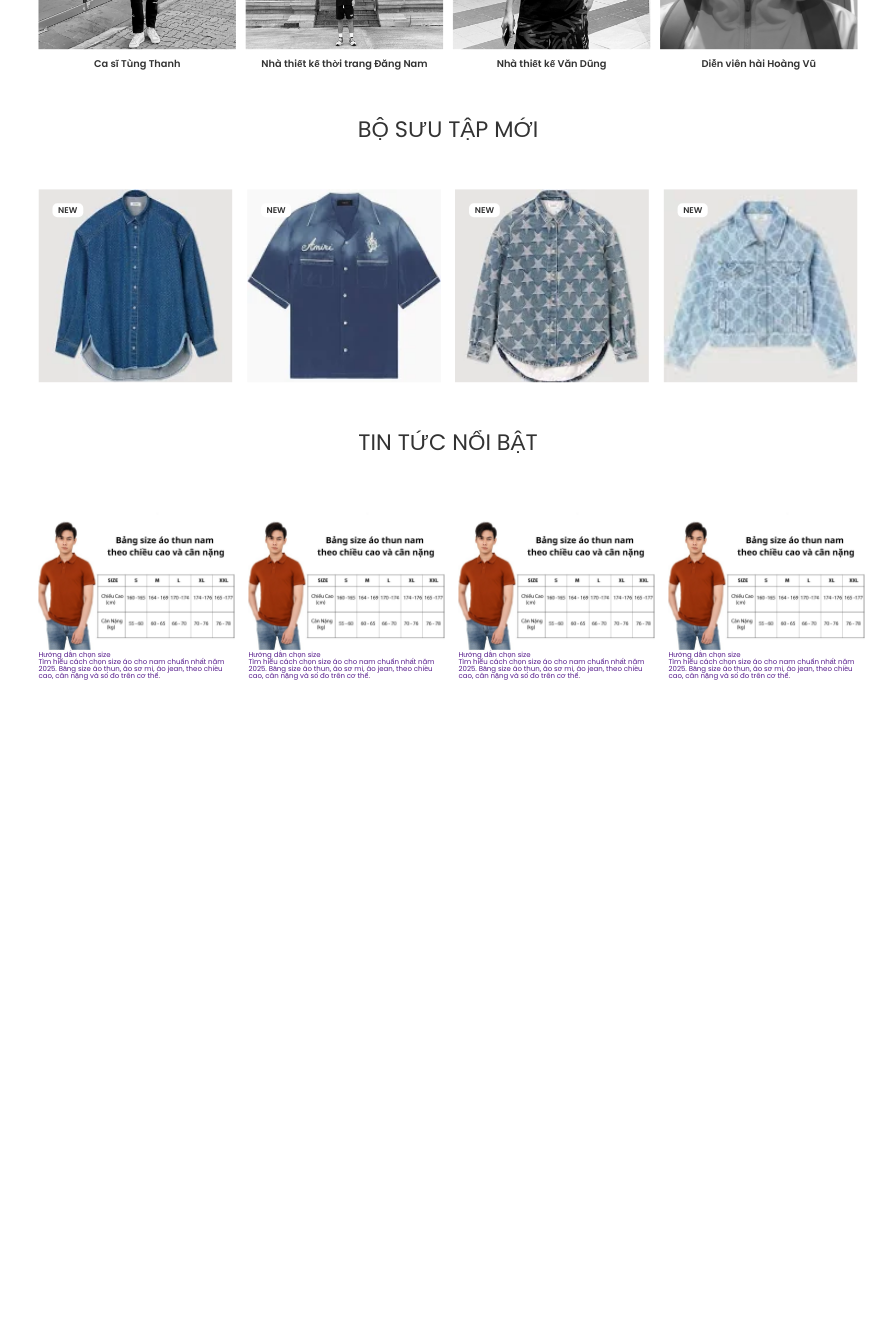
Repository: hoang28092000/kinsmanClothes
Page: index.html
These files come from the project's save history. The page is drawn as it stood at one moment and after the next save; the edit follows.
The browser window is 1280 px wide. The pictures show the part of the page from y = 1845 to 3765 px (the page is 5080 px tall), at 70% of full size.

Above is the page before, as saved 2025-05-07 11:40:27.

### index.html
<!DOCTYPE html>
<html lang="en">
  <head>
    <meta charset="UTF-8" />
    <meta name="viewport" content="width=device-width, initial-scale=1.0" />
    <link rel="preconnect" href="https://fonts.googleapis.com" />
    <link rel="preconnect" href="https://fonts.gstatic.com" crossorigin />
    <link
      href="https://fonts.googleapis.com/css2?family=Poppins:ital,wght@0,100;0,200;0,300;0,400;0,500;0,600;0,700;0,800;0,900;1,100;1,200;1,300;1,400;1,500;1,600;1,700;1,800;1,900&display=swap"
      rel="stylesheet"
    />
    <link
      rel="stylesheet"
      href="https://cdnjs.cloudflare.com/ajax/libs/font-awesome/6.7.2/css/all.min.css"
      integrity="sha512-Evv84Mr4kqVGRNSgIGL/F/aIDqQb7xQ2vcrdIwxfjThSH8CSR7PBEakCr51Ck+w+/U6swU2Im1vVX0SVk9ABhg=="
      crossorigin="anonymous"
      referrerpolicy="no-referrer"
    />
    <link rel="stylesheet" href="./css/reset.css" />
    <link rel="stylesheet" href="./css/main.css" />

    <title>KinsManClothes</title>
  </head>
  <body style="height: 5000px">
    <header class="header">
      <div class="container">
        <div class="content-header">
          <div class="logo">
            <a href="./index.html">
              <img
                src="./asset/logo/logo-kinsmann.svg"
                alt="KinsManClothes Logo"
              />
            </a>
          </div>
          <nav class="nav">
            <ul>
              <li><a href="./index.html">Sản Phẩm</a></li>
              <li><a href="./about.html">Giới thiệu</a></li>
              <li><a href="./shop.html">Chính Sách</a></li>
              <li><a href="./shop.html">Tin tức</a></li>
              <li><a href="./contact.html">Liên hệ</a></li>
            </ul>
          </nav>
          <div class="search-box">
            <input type="text" placeholder="Tìm kiếm sản phẩm..." />
            <button type="submit">Tìm kiếm</button>
          </div>
        </div>
      </div>
    </header>

    <main>
      <div class="content-main">
        <div class="slider" id="slider">
          <img
            src="./asset/banner/banner-1.png"
            alt="banner"
            class="slide active"
          />
          <img src="./asset/banner/banner-2.png" alt="banner" class="slide" />
          <img src="./asset/banner/banner-3.png" alt="banner" class="slide" />
          <a href="#category-list"><i class="fa-solid fa-arrow-down arrow-continue"></i></a>
        </div>
      </div>
      <div class="container">
        <section class="category-list" id="category-list">
          <div class="card-wrapper">
            <img
              src="./asset/image/model-6.jpg"
              alt=""
              class="img-category-1"
            />
            <div class="overlay">
              <h3>Jeans</h3>
              <a href="">Xem thêm</a>
            </div>
          </div>
          <div class="card-wrapper-2">
            <img src="./asset/image/model-2.webp" alt="" />
            <div class="overlay">
              <h3>Sơ mi</h3>
              <a href="">Xem thêm</a>
            </div>
          </div>
          <div class="card-wrapper-2">
            <img src="./asset/image/mode-10.jpg" alt="" />
            <div class="overlay">
              <h3>Áo thun</h3>
              <a href="">Xem thêm</a>
            </div>
          </div>
          <div class="card-wrapper-3">
            <img src="./asset/image/model-9.jpg" alt="" />
            <div class="overlay">
              <h3>Thắt lưng</h3>
              <a href="">Xem thêm</a>
            </div>
          </div>
        </section>
        <section class="celebrity">
          <h2 class="title-heading">NGƯỜI NỔI TIẾNG</h2>
          <div class="celebrity-list">
            <a href="">
              <div class="celebrity-item">
                <img src="./asset/image/celep-1.jpg" alt="" />
                <h3>Ca sĩ Tùng Thanh</h3>
              </div>
            </a>
            <a href=""
              ><div class="celebrity-item">
                <img src="./asset/image/celep-5.jpg" alt="" />
                <h3>Nhà thiết kế thời trang Đăng Nam</h3>
              </div></a
            >
            <a href=""
              ><div class="celebrity-item">
                <img src="./asset/image/celep-3.jpg" alt="" />
                <h3>Nhà thiết kế Văn Dũng</h3>
              </div></a
            >
            <a href=""
              ><div class="celebrity-item">
                <img src="./asset/image/celep-7.jpg" alt="" />
                <h3>Diễn viên hài Hoàng Vũ</h3>
              </div></a
            >
          </div>
        </section>
        <section class="collection">
          <h2 class="title-heading">BỘ SƯU TẬP MỚI</h2>
          <div class="list-collection">
            <a href="">
                <div class="item-collection">
                    <img src="./asset/image/j-4.webp" alt="this is collection">
                    <p>NEW</p>
                </div>
            </a>
            <a href="">
                <div class="item-collection">
                    <img src="./asset/image/j-5.webp" alt="this is collection">
                    <p>NEW</p>
                </div>
            </a>
            <a href="">
                <div class="item-collection">
                    <img src="./asset/image/j-6.webp" alt="this is collection">
                    <p>NEW</p>
                </div>
            </a>
            <a href="">
                <div class="item-collection">
                    <img src="./asset/image/j-7.webp" alt="this is collection">
                    <p>NEW</p>
                </div>
            </a>

          </div>
        </section>
        <section class="news">
            <h2 class="title-heading">TIN TỨC NỔI BẬT</h2>
            <div class="list-news">
                <a href="">
                    <div class="item-news">
                        <img src="./asset/image/new-1.jpg " alt="this is picture news 1">
                        <div class="info-news">
                            <h3>
                                Hướng dẫn chọn size
                            </h3>
                            <p>
                                Tìm hiểu cách chọn size áo cho nam chuẩn nhất năm 2025. Bảng size áo thun, áo sơ mi, áo jean, theo chiều cao, cân nặng và số đo trên cơ thể.
                            </p>
                        </div>
                    </div>
                </a>
                <a href="">
                    <div class="item-news">
                        <img src="./asset/image/new-1.jpg " alt="this is picture news 1">
                        <div class="info-news">
                            <h3>
                                Hướng dẫn chọn size
                            </h3>
                            <p>
                                Tìm hiểu cách chọn size áo cho nam chuẩn nhất năm 2025. Bảng size áo thun, áo sơ mi, áo jean, theo chiều cao, cân nặng và số đo trên cơ thể.
                            </p>
                        </div>
                    </div>
                </a>
                <a href="">
                    <div class="item-news">
                        <img src="./asset/image/new-1.jpg " alt="this is picture news 1">
                        <div class="info-news">
                            <h3>
                                Hướng dẫn chọn size
                            </h3>
                            <p>
                                Tìm hiểu cách chọn size áo cho nam chuẩn nhất năm 2025. Bảng size áo thun, áo sơ mi, áo jean, theo chiều cao, cân nặng và số đo trên cơ thể.
                            </p>
                        </div>
                    </div>
                </a>
                <a href="">
                    <div class="item-news">
                        <img src="./asset/image/new-1.jpg " alt="this is picture news 1">
                        <div class="info-news">
                            <h3>
                                Hướng dẫn chọn size
                            </h3>
                            <p>
                                Tìm hiểu cách chọn size áo cho nam chuẩn nhất năm 2025. Bảng size áo thun, áo sơ mi, áo jean, theo chiều cao, cân nặng và số đo trên cơ thể.
                            </p>
                        </div>
                    </div>
                </a>
            </div>
        </section>
      </div>
    </main>
    <footer></footer>

    <script src="./js/main.js"></script>
  </body>
</html>

### css/main.css
:root {
  --primary-color: #ff6347;
  --secondary-color: #4caf50;
  --background-color: #f0f0f0;
  --text-color: #333;
}
* {
  padding: 0;
  margin: 0;
  box-sizing: border-box;
}
html {
  font-family: "Poppins", sans-serif;
  font-size: 62.5%;
  scroll-behavior: smooth;
}

.container {
  width: 1170px;
  max-width: calc(100% - 48px);
  margin: 0 auto;
}
.content-header {
  display: flex;
  justify-content: space-between;
  align-items: center;
}
.header {
  position: fixed;
  height: 80px;
  top: 0;
  left: 0;
  right: 0;
  z-index: 999;
  background-color: white;
  box-shadow: 0 2px 4px rgba(0, 0, 0, 0.05);
}
.arrow-continue {
  position: absolute;
  bottom: 30px;
  left: 50%;
  z-index: 2;
  font-size: 2.4rem;
  color: #fff;
  border: 1px solid #fff;
  padding: 10px 14px;
  border-radius: 50%;
}
.arrow-continue:hover {
  background-color: var(--primary-color);
  color: #fff;
  transition: all 0.3s ease-in-out;
}
header .logo img {
  width: 200px;
  height: 80px;
}
.nav ul {
  display: flex;
  justify-content: space-between;
  gap: 20px;
}
.nav a {
  text-decoration: none;
  color: var(--text-color);
  font-size: 1.4rem;
  font-weight: 500;
  padding: 10px;
  transition: all 0.3s ease-in-out;
}
.nav a:hover {
  color: var(--primary-color);
}
.search-box {
  display: flex;
  align-items: center;
  gap: 10px;
}
.search-box input[type="text"] {
  padding: 6px;
  border: 1px solid var(--text-color);
  border-radius: 5px;
  font-size: 1.4rem;
  width: 200px;
  outline: none;
}
.search-box input[type="text"]:focus {
  border-color: var(--primary-color);
}
.search-box button[type="submit"] {
  background-color: #333;
  color: #fff;
  font-weight: 500;
  border: none;
  padding: 6px 12px;
  border-radius: 5px;
  cursor: pointer;
  font-size: 1.4rem;
  transition: all 0.3s ease-in-out;
}
.search-box button[type="submit"]:hover {
  background-color: var(--primary-color);
}

/* main */
.content-main {
  margin-top: 80px;
  border-radius: 10px;
  box-shadow: 0 2px 4px rgba(0, 0, 0, 0.1);
}
.slider {
  position: relative;
  width: 100%;
  height: 630px;
  overflow: hidden;
}
.slide {
  position: absolute;
  width: 100%;
  height: 100%;
  opacity: 0;
  transition: opacity 0.5s ease-in-out;
}
.slide.active {
  opacity: 1;
  z-index: 1;
}

.overlay {
  background-color: #928d8d;
  display: none;
}
.overlay h3 {
  color: #fff;
  font-size: 2.4rem;
}

.category-list {
  margin-top: 70px;
  display: grid;
  grid-template-columns: repeat(4, 1fr);
  grid-template-rows: repeat(2, 282px);
  gap: 10px;
}
.card-wrapper {
  position: relative;
  width: 100%;
  grid-column: span 2; /* chiếm 2 cột */
  grid-row: span 2;
  overflow: hidden;

}

.card-wrapper-2 {
  position: relative;
  width: 100%;
  overflow: hidden;

}
.card-wrapper-3 {
  position: relative;
  width: 100%;
  grid-column: span 2; /* chiếm 3 cột */
  grid-row: span 1;
  overflow: hidden;
}

.category-list img {
  width: 100%;
  height: 100%;
  object-fit: cover;
  object-position: top;
  transition: all 0.3s ease-in-out;
}

.card-wrapper-3 img {
  object-position: center;
}

.card-wrapper:hover .overlay,
.card-wrapper-2:hover .overlay,
.card-wrapper-3:hover .overlay {
  position: absolute;
  top: 0;
  left: 0;
  right: 0;
  bottom: 0;
  display: flex;
  flex-direction: column;
  justify-content: center;
  align-items: center;
  width: 100%;
  height: 100%;
  background-color: rgba(0, 0, 0, 0.5);
  transition: all 0.3s ease-in-out;
}
.overlay a {
  display: block;
  text-decoration: none;
  color: #fff;
  font-size: 1.6rem;
  margin-top: 30px;
  border: 1px solid #fff;
  padding: 10px 20px;
  transition: all 0.3s ease-in-out;
  border-radius: 5px;
    background-color: transparent;
}
.overlay a:hover {
  background-color: var(--primary-color);
  color: #fff;
}

.card-wrapper:hover img,
.card-wrapper-2:hover img,
.card-wrapper-3:hover img{
  transform: scale(1.05);
  transition: all 0.3s ease-in-out;
}

/* celebrity */
.celebrity{
    margin-top: 70px;

}
.title-heading{
    text-align: center;
    font-size: 3.2rem;
    color: var(--text-color);
    margin-bottom: 70px;
}
.celebrity-list{
    display: flex;
    justify-content: space-between;
    align-items: center;
}
.celebrity-list a{
    text-decoration: none;
}
.celebrity-item{
    position: relative;
    width: 282px;
}
.celebrity-item img{
    width: 100%;
    height: 390px;
    object-fit: cover;
    object-position: top;
    filter: blur(0px) grayscale(100%) sepia(0);
    transition: filter 0.4s ease;
}
.celebrity-item img:hover{
    filter: grayscale(0%);
    cursor: pointer;
}
.celebrity-item h3{
    font-size: 1.4rem;
    font-weight: 600;
    color: #333;
    margin-top: 12px;
    text-align: center;
}

/* collection */
.collection{
    margin-top: 70px;
}
.list-collection{
    display: flex;
    justify-content: space-between;
    align-items: center;
    gap: 10px;
}
.item-collection{
    position: relative;
    width: 277px;
    overflow: hidden;
    height: 276px;

}
.item-collection img{
    width: 100%;
    height: 100%;
    transition: transform 0.3s ease;
}
.item-collection p{
    position: absolute;
    top: 20px;
    left: 20px;
    background-color: #fff;
    color: #333;
    font-size: 1.2rem;
    font-weight: 600;
    padding: 4px 8px;
    border-radius: 7px;
}
.item-collection img:hover{
    transform: scale(1.05);
}

/* news */
.news{
    margin-top: 70px;
}
.list-news{
  display: flex;
  justify-content: space-between;
  align-items: center;
  gap: 20px;
}
.item-news{
  width: 280px;
  height: 310px;
}
.item-news img{
  width: 100%;
  height: 210px;
}
.list-news a{
  text-decoration: none;
}
.info-news{
  padding: ;
}

### js/main.js
const sliders = document.querySelectorAll(".slide");
let current = 0;
let interval = null;

function showNextSlide() {
  sliders[current].classList.remove("active");
  current = (current + 1) % sliders.length;
  sliders[current].classList.add("active");
}
function startSlider() {
  interval = setInterval(showNextSlide, 2500);
}
function stopSlider() {
  clearInterval(interval);
}

const slider = document.getElementById("slider");
slider.addEventListener("mouseover", stopSlider);
slider.addEventListener("mouseleave", startSlider);

Loaded but not shown: css/reset.css (common file)

After the next save:
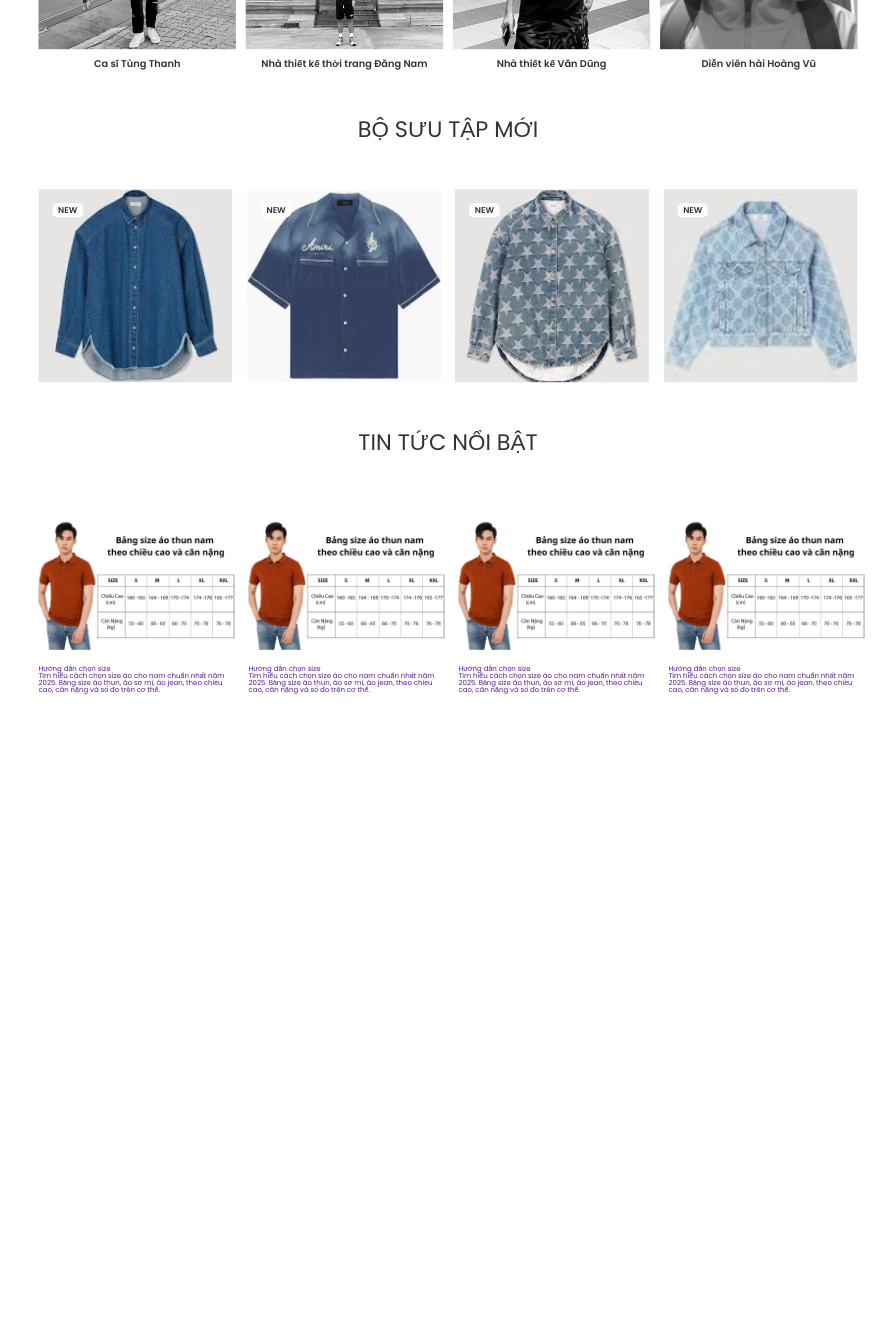
Saved 9 s later.
--- a/css/main.css
+++ b/css/main.css
@@ -320,5 +320,5 @@ header .logo img {
   text-decoration: none;
 }
 .info-news{
-  padding: ;
-}
+  padding: 20px 0;
+}
